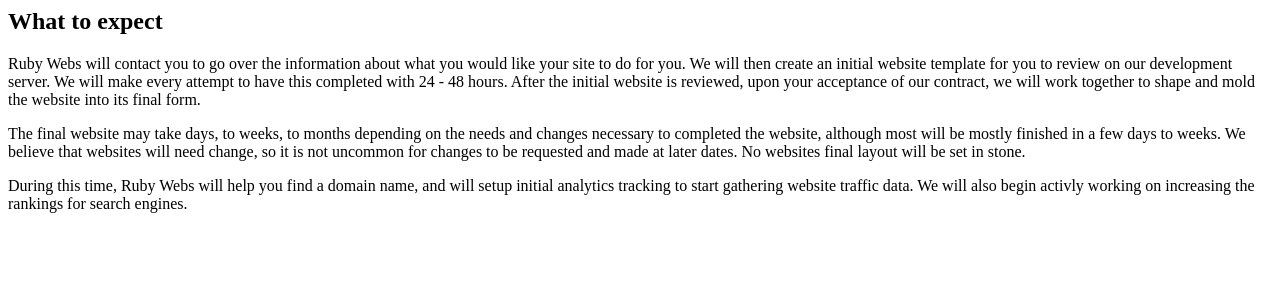
Repository: nlblunt/rubywebs
Page: app/assets/javascripts/html/next.html
The author's editor kept a record of every edit. The page is drawn from the files as they stood at one moment, then again after the next edit.
The browser window is 1280 px wide. The pictures show the whole page.

Above is the page before.

### app/assets/javascripts/html/next.html
<div class="container-fluid">
    <rw-header></rw-header>

    <div class="content">
        <div class="row">
            <div class="col-sm-12">
                <h2>What to expect</h2>

                <p>Ruby Webs will contact you to go over the information about what you would like your site to
                do for you.  We will then create an initial website template for you to review on our development
                server.  We will make every attempt to have this completed with 24 - 48 hours.  After the initial website
                is reviewed, upon your acceptance of our contract, we will work together to shape and mold the website
                into its final form.</p>

                <p>The final website may take days, to weeks, to months depending on the needs and changes necessary to completed
                the website, although most will be mostly finished in a few days to weeks.  We believe that websites will need change,
                so it is not uncommon for changes to be requested and made at later dates.  No websites final layout will be set in stone.
                </p>

                <p>During this time, Ruby Webs will help you find a domain name, and will setup initial analytics tracking to start
                gathering website traffic data.  We will also begin activly working on increasing the rankings for search engines.</p>
            </div>
        </div>
    </div>
    <rw-footer></rw-footer>
</div>

After the next edit:
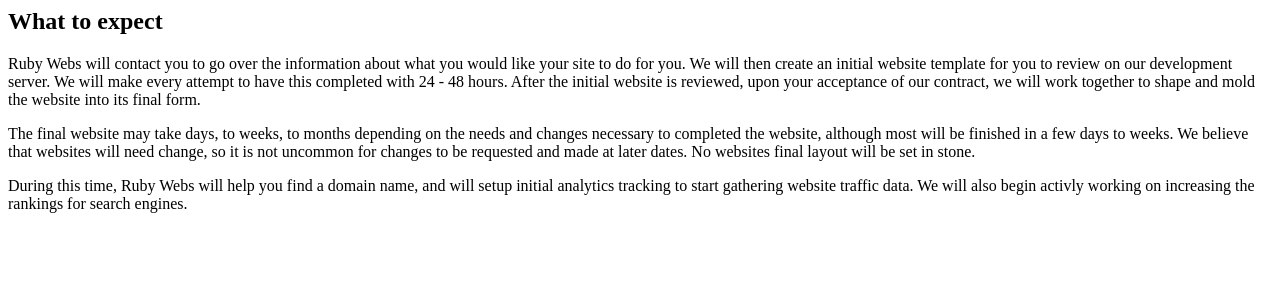
The edit:
--- a/app/assets/javascripts/html/next.html
+++ b/app/assets/javascripts/html/next.html
@@ -13,7 +13,7 @@
                 into its final form.</p>
 
                 <p>The final website may take days, to weeks, to months depending on the needs and changes necessary to completed
-                the website, although most will be mostly finished in a few days to weeks.  We believe that websites will need change,
+                the website, although most will be finished in a few days to weeks.  We believe that websites will need change,
                 so it is not uncommon for changes to be requested and made at later dates.  No websites final layout will be set in stone.
                 </p>
 
